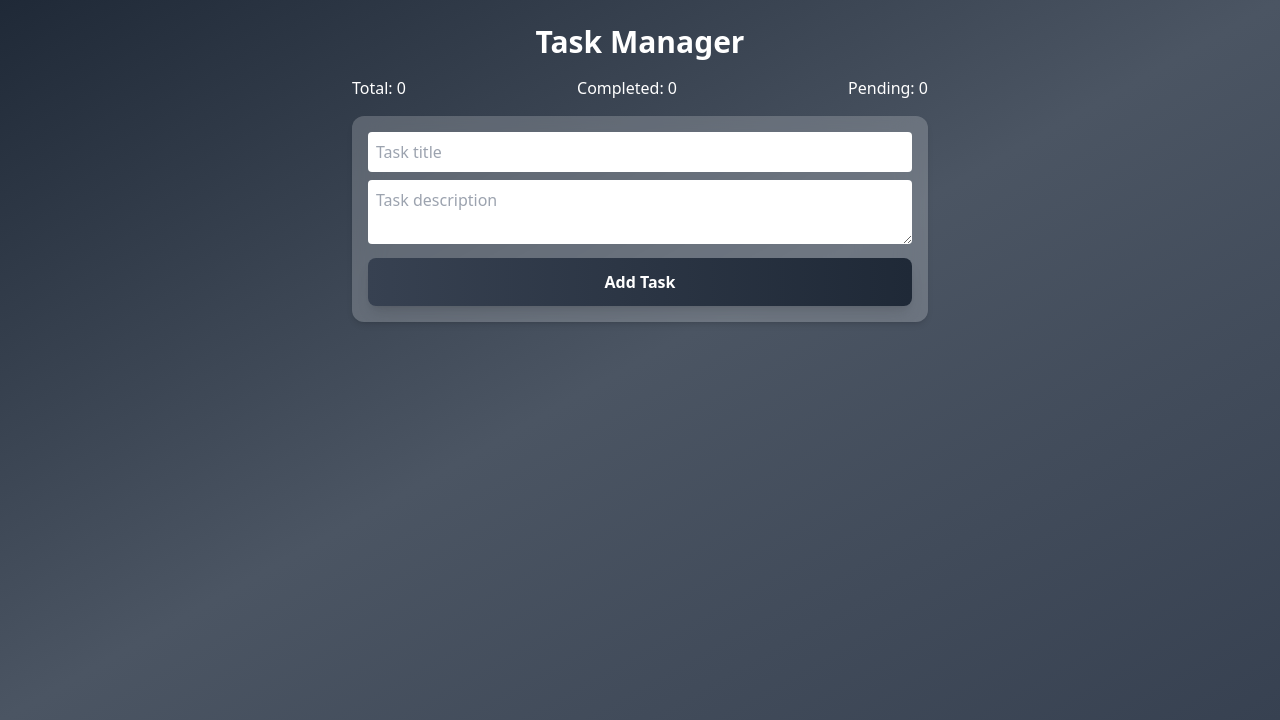
Repository: Meenakshi-commits/mern-task-manager
Page: / (app in client/)
The author's editor kept a copy of each file at every save. The page is drawn from the files as they stood at one save, then again after the next save.
The browser window is 1280 px wide. The pictures show the whole page.
The page's requests for data from a server got no answer. The project was rebuilt for these pictures with package versions that can differ from the ones it lists, and the page was loaded fresh each time. No one was signed in, and anything a server would have sent is missing. Also part of the build but not shown: client/vite.config.js, client/src/components/TaskItem.jsx.

Above is the page before, as saved 2026-01-09 17:30:23.

### client/src/App.jsx
import { useEffect, useState } from "react";
import api from "./services/api";
import TaskForm from "./components/TaskForm";
import TaskList from "./components/TaskList";

export default function App() {
  const [tasks, setTasks] = useState([]);

  const fetchTasks = async () => {
    const res = await api.get("/tasks");
    setTasks(res.data);
  };

  useEffect(() => {
    fetchTasks();
  }, []);

  const completed = tasks.filter((t) => t.completed).length;
  const pending = tasks.length - completed;

  return (
    <div className="min-h-screen bg-gradient-to-br from-gray-800 via-gray-600 to-gray-700 p-6">
      <div className="max-w-xl mx-auto text-white">
        <h1 className="text-3xl font-bold text-center mb-4">
          Task Manager
        </h1>

        <div className="flex justify-between mb-4">
          <span>Total: {tasks.length}</span>
          <span>Completed: {completed}</span>
          <span>Pending: {pending}</span>
        </div>

        <TaskForm fetchTasks={fetchTasks} />
        <TaskList tasks={tasks} fetchTasks={fetchTasks} />
      </div>
    </div>
  );
}

### client/src/components/TaskForm.jsx
import { useState } from "react";
import api from "../services/api";

export default function TaskForm({ fetchTasks }) {
  const [title, setTitle] = useState("");
  const [description, setDescription] = useState("");

  const handleSubmit = async (e) => {
    e.preventDefault();
    if (!title) return;

    await api.post("/tasks", {
      title,
      description,
    });

    setTitle("");
    setDescription("");
    fetchTasks();
  };

  return (
    <form
      onSubmit={handleSubmit}
      className="bg-white/20 backdrop-blur-lg p-4 rounded-xl shadow-md"
    >
      <input
        type="text"
        placeholder="Task title"
        className="w-full mb-2 p-2 rounded"
        value={title}
        onChange={(e) => setTitle(e.target.value)}
      />

      <textarea
        placeholder="Task description"
        className="w-full mb-2 p-2 rounded"
        value={description}
        onChange={(e) => setDescription(e.target.value)}
      />

      <button className="w-full bg-gradient-to-r from-gray-700 to-gray-800 text-white font-semibold py-3 rounded-lg hover:from-gray-800 hover:to-gray-900 transition-all duration-200 shadow-lg hover:shadow-xl active:scale-95">
        Add Task
      </button>
    </form>
  );
}

### client/src/components/TaskList.jsx
import TaskItem from "./TaskItem";

export default function TaskList({ tasks, fetchTasks }) {
  return (
    <div className="mt-4">
      {tasks.map((task) => (
        <TaskItem
          key={task._id}
          task={task}
          fetchTasks={fetchTasks}
        />
      ))}
    </div>
  );
}

Loaded but not shown: client/index.html (common file); client/src/main.jsx (common file); client/src/index.css (common file); client/src/services/api.js (common file); client/tailwind.config.js (common file)

After the next save:
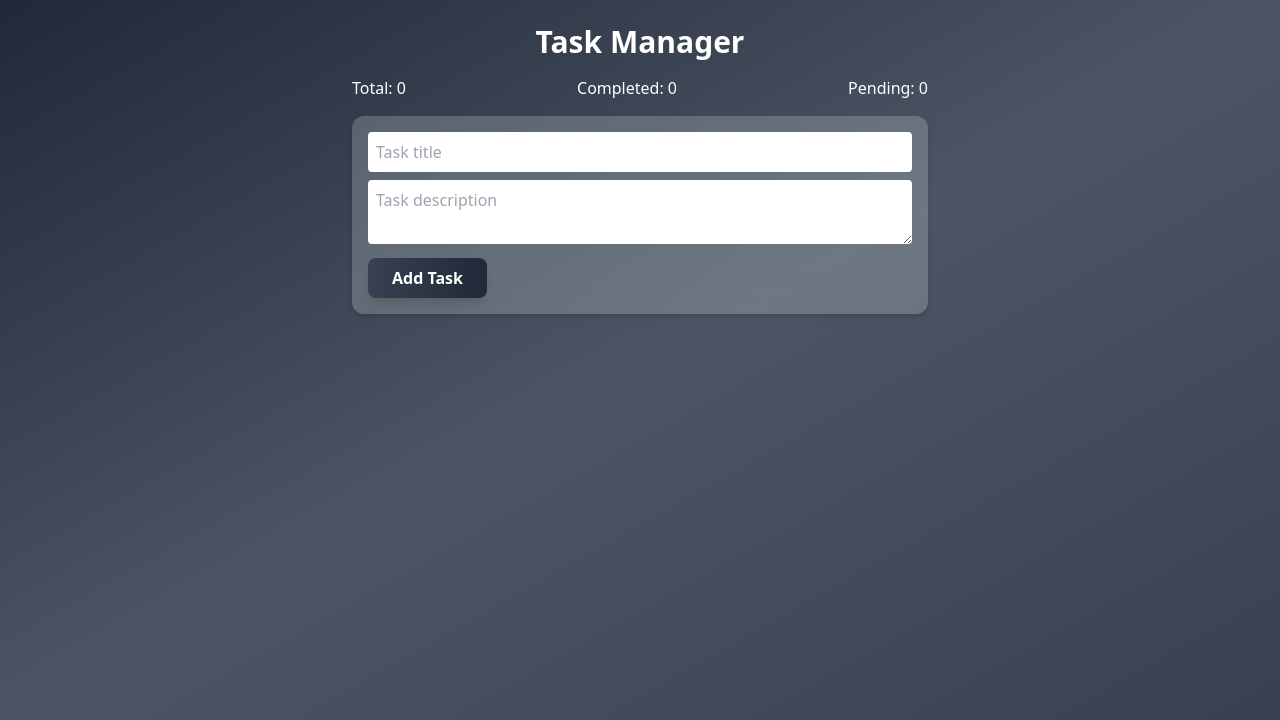
Saved 53 s later.
--- a/client/src/components/TaskForm.jsx
+++ b/client/src/components/TaskForm.jsx
@@ -39,7 +39,7 @@ export default function TaskForm({ fetchTasks }) {
         onChange={(e) => setDescription(e.target.value)}
       />
 
-      <button className="w-full bg-gradient-to-r from-gray-700 to-gray-800 text-white font-semibold py-3 rounded-lg hover:from-gray-800 hover:to-gray-900 transition-all duration-200 shadow-lg hover:shadow-xl active:scale-95">
+      <button className="bg-gradient-to-r from-gray-700 to-gray-800 text-white font-semibold px-6 py-2 rounded-lg hover:from-gray-800 hover:to-gray-900 transition-all duration-200 shadow-lg hover:shadow-xl active:scale-95">
         Add Task
       </button>
     </form>
